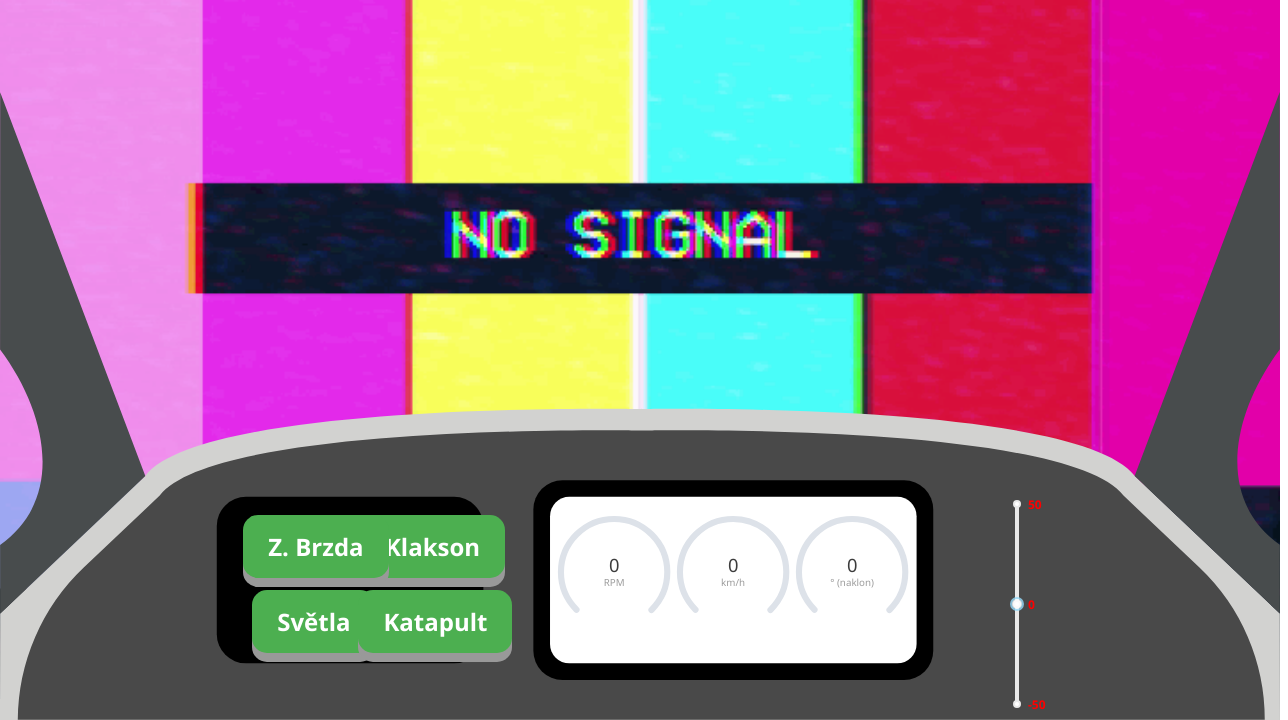
Repository: matyasvelc/train
Page: / (app in frontend/)
An editor plug-in stored every save of this project. The page is shown before and after the next save, followed by the edit.
The browser window is 1280 px wide. The page is 1288 px wide, so the pictures cover 1288 px, including what lies to the right of the window. The pictures show the whole page.
The page's requests for data from a server got no answer. The project was rebuilt for these pictures with package versions that can differ from the ones it lists, and the page was loaded fresh each time. No one was signed in, and anything a server would have sent is missing.

Above is the page before, as saved 2022-04-04 21:57:23.

### frontend/src/index.js
import React, { useEffect } from 'react'
import ReactDOM from 'react-dom'
import Progress from './lib/progress'
import './styles.css'
import Slider, { Range } from 'rc-slider';
import 'rc-slider/assets/index.css';
import rickrolla from './rickroll.gif'

async function postData(url = '', data = {}) {
  // Default options are marked with *
  const response = await fetch(url, {
    method: 'POST', // *GET, POST, PUT, DELETE, etc.
    cache: 'no-cache', // *default, no-cache, reload, force-cache, only-if-cached
    headers: {
      'Content-Type': 'application/json'
    },
    redirect: 'follow', // manual, *follow, error
    referrerPolicy: 'no-referrer', // no-referrer, *no-referrer-when-downgrade, origin, origin-when-cross-origin, same-origin, strict-origin, strict-origin-when-cross-origin, unsafe-url
    body: JSON.stringify(data) // body data type must match "Content-Type" header
  });
  return response.json(); // parses JSON response into native JavaScript objects
}

const style = { float: 'left', width: 160, height: 200, marginBottom: 160, marginLeft: 50 };
const parentStyle = { overflow: 'hidden' };

const marks = {
  '-50': {
    style: {
      color: 'red',
    },
    label: <strong>-50</strong>,
  },
  0: {
    style: {
      color: 'red',
    },
    label: <strong>0</strong>,
  },
  50: {
    style: {
      color: 'red',
    },
    label: <strong>50</strong>,
  },
};

function App() {
  const [temp, setTemp] = React.useState()
  const [rpm, setRpm] = React.useState()
  const [speed, setSpeed] = React.useState()
  const [svetlo, setSvetlo] = React.useState()
  const [rychlost, setRychlost] = React.useState()

  useEffect(() => {
    const timer = setInterval(() => {
      fetch('http://127.0.0.1:5000/getSpeed')
        .then(res => {
          return res.json();
        })
        .then(data => {
          setSpeed(data.speed);
        });
    }, 1000);

    return () => clearInterval(timer);
  }, []);

  useEffect(() => {
    const timer = setInterval(() => {
      fetch('http://127.0.0.1:5000/getAngle')
        .then(res => {
          return res.json();
        })
        .then(data => {
          setTemp(data.angle);
        });
    }, 1000);

    return () => clearInterval(timer);
  }, []);

  useEffect(() => {
    const timer = setInterval(() => {
      fetch('http://127.0.0.1:5000/getRpm')
        .then(res => {
          return res.json();
        })
        .then(data => {
          setRpm(data.engine_speed);
        });
      }, 1000);

      return () => clearInterval(timer);
  }, []);

  function Svetlo() {
    console.log(svetlo);
    setSvetlo(!svetlo);
    postData('http://127.0.0.1:5000/setLightStatus', {"lights": !svetlo})
  }

  function Rychlost(value) {
    console.log(value);
    setRychlost(value);
    postData('http://127.0.0.1:5000/setSpeed', {"speed": value})
  }
  return (
    <div className="demo">
      <div className='vlak' id='vlak'>
      <Progress
        className="budik1"
        progress={rpm}
        max={500}
        subtitle="RPM"
        reduction={0.25}
        hideBall
        strokeWidth={10}
        gradient={[{stop: 0.0, color: '#f6416d'}, {stop: 1, color: '#fa6d7c'}]} />
      <Progress
      className="budik2"
        progress={speed}
        max={100}
        subtitle="km/h"
        reduction={0.25}
        hideBall
        strokeWidth={10} />
      <Progress
      className="budik3"
        progress={temp}
        min={-45}
        max={45}
        subtitle="° (naklon)"
        strokeWidth={10}
        reduction={0.25}
        hideBall
        gradient={[{stop: 0.0, color: '#f6416d'}, {stop: 1, color: '#fa6d7c'}]} />
        </div>
        <input id='svetla' class="svetla" onClick={Svetlo} checked={svetlo} type='checkbox'></input>
        <label class="button a" htmlFor='svetla'>Světla</label>
        <button class="button b" >Katapult</button>
        <button class="button c" >Klakson</button>
        <button class="button d" >Z. Brzda</button>
        <div style={parentStyle}>
          <div style={style} className="rychlost">
            <Slider vertical min={-50} max={50} step={2} marks={marks} included={false} onAfterChange={Rychlost} defaultValue={0}/>
          </div>
        </div>
        </div>
  )
}

ReactDOM.render(<App />, document.getElementById('root'))

### frontend/src/styles.css
body {
  background: none;
  font-family: 'Segoe UI', Tahoma, Geneva, Verdana, sans-serif;
  caret-color: transparent;
  user-select: none;
  overflow: hidden;
  padding: 0;
  left: 0;
  width: 100%;
  height: 100%;
}

.demo > div {
  width: 100%;
  height: 100%;
  left: 0;
  top: 0;
  display: inline-block;
}
.vlak {
  background-repeat: no-repeat;
  background-size: 100%;
  width: 100%;
  height: 100%;
  overflow: hidden;
  background-position: bottom;
  position: absolute;
  display: inline-block;
  background-image:url(./train.svg), url(./nosignal.gif);
}
.budik1{
  position: absolute;
  top: 71%;
  left: 43.2%;
  width: 9.55%;
}
.budik2{
  position: absolute;
  top: 71%;
  left: 52.5%;
  width: 9.55%;
}
.budik3{
  position: absolute;
  top: 71%;
  left: 61.8%;
  width: 9.55%;
}
.button {
  font-family: 'Segoe UI', Tahoma, Geneva, Verdana, sans-serif;
  display: inline-block;
  padding: 15px 25px;
  font-size: 24px;
  cursor: pointer;
  text-align: center;
  text-decoration: none;
  outline: none;
  color: #fff;
  background-color: #4CAF50;
  border: none;
  border-radius: 15px;
  box-shadow: 0 9px #999;
  caret-color: transparent;
  user-select: none;
  font-weight:600;
  position: absolute;
}
.button:active {
  background-color: #3e8e41;
  box-shadow: 0 5px #666;
  transform: translateY(4px);
}
.button:active ~ .vlak {
  background-image:url(./train.svg), url(./rickroll.gif), url(./nosignal.gif);
}
.a{
  position: absolute;
  top: 82%;
  left: 19.7%;
}
.b{
  position: absolute;
  top: 82%;
  left: 28%;
}
.c{
  position: absolute;
  top: 71.5%;
  left: 28.12%;
}
.d{
  position: absolute;
  top: 71.5%;
  left: 19%;
}
.svetla{
  display: none;
  caret-color: transparent;
  user-select: none;
  position: absolute;
}
.svetla:checked + .button{
  background-color: #3e8e41;
  box-shadow: 0 5px #666;
  transform: translateY(4px);
}
.rychlost{
  user-select:none;
  position: absolute;
  top: 70%;
  left: 75%;
}

### frontend/src/lib/progress.module.css
.progress {
  font-family: 'Segoe UI', Tahoma, Geneva, Verdana, sans-serif;
  width: 200px;
}

.svg {
  display: block;
  width: 100%;
}

Loaded but not shown: frontend/public/index.html (common file); frontend/src/lib/progress.js (library)

After the next save:
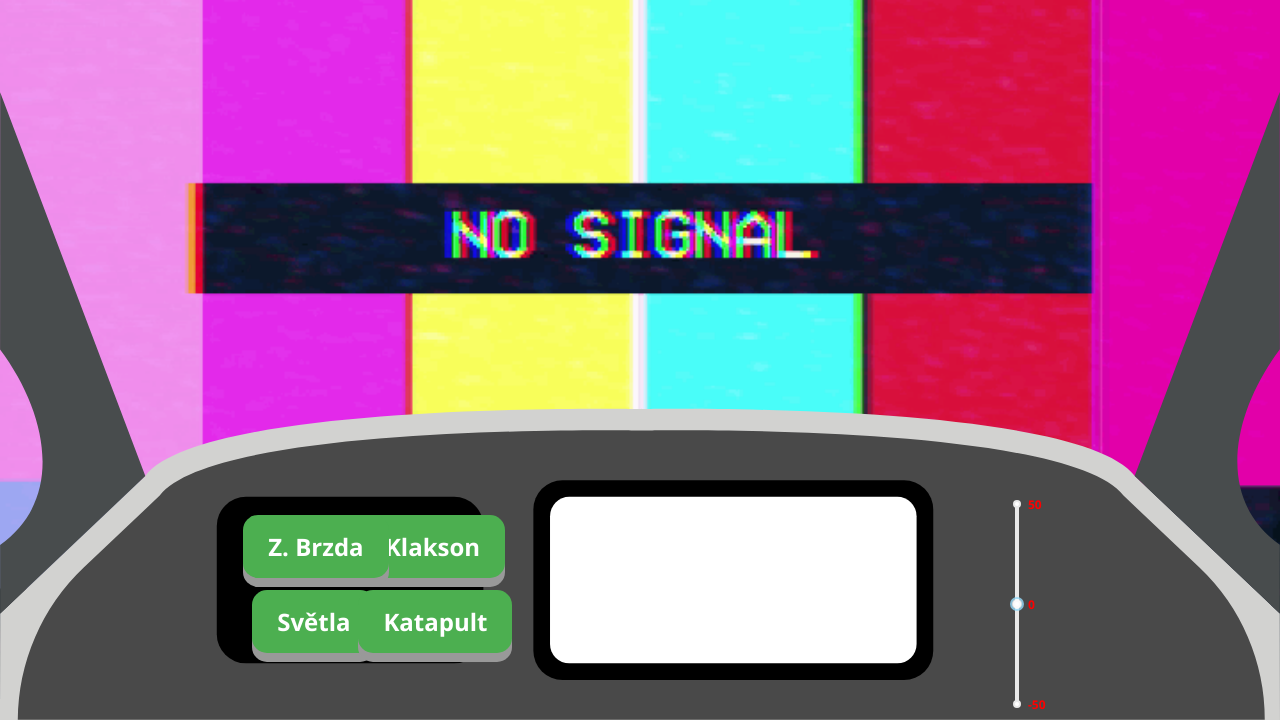
Saved 39 s later.
--- a/frontend/src/index.js
+++ b/frontend/src/index.js
@@ -107,7 +107,7 @@ function App() {
   }
   return (
     <div className="demo">
-      <div className='vlak' id='vlak'>
+      <div>
       <Progress
         className="budik1"
         progress={rpm}
@@ -135,6 +135,9 @@ function App() {
         reduction={0.25}
         hideBall
         gradient={[{stop: 0.0, color: '#f6416d'}, {stop: 1, color: '#fa6d7c'}]} />
+      </div>
+      <div className='vlak' id='vlak'>
+
         </div>
         <input id='svetla' class="svetla" onClick={Svetlo} checked={svetlo} type='checkbox'></input>
         <label class="button a" htmlFor='svetla'>Světla</label>

After the save that followed:
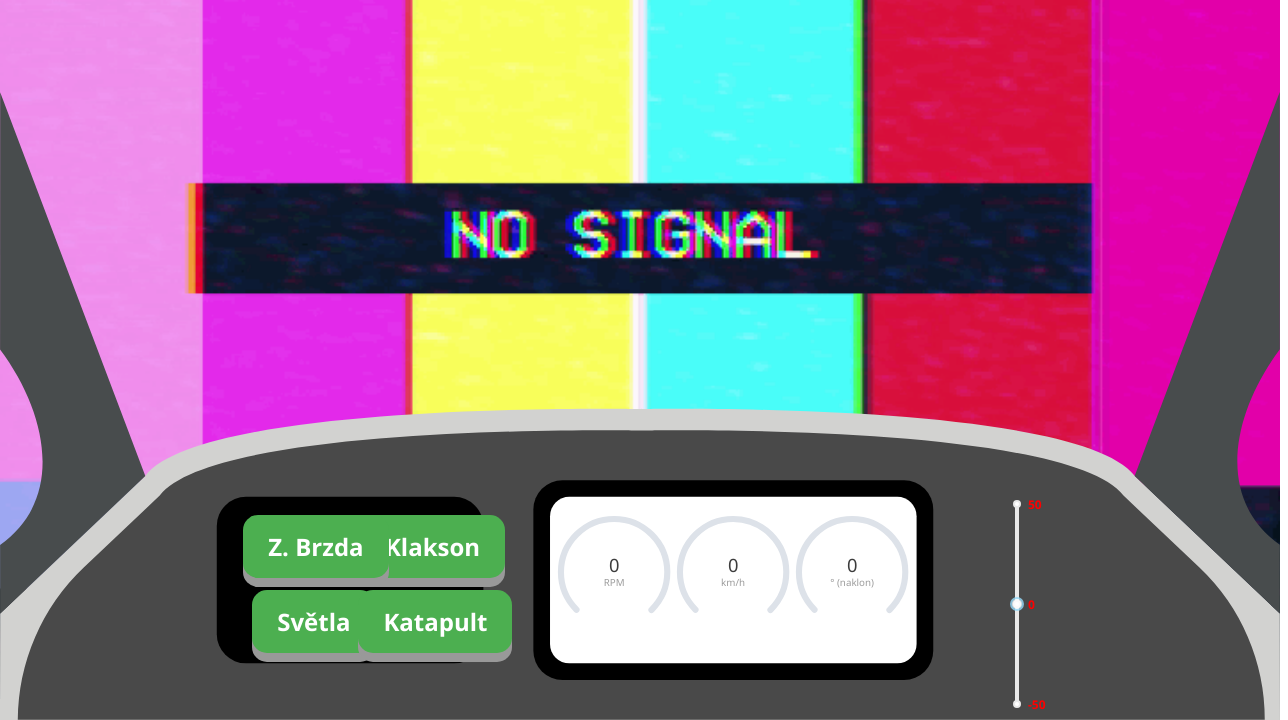
Saved 63 s later.
--- a/frontend/src/styles.css
+++ b/frontend/src/styles.css
@@ -27,6 +27,7 @@ body {
   position: absolute;
   display: inline-block;
   background-image:url(./train.svg), url(./nosignal.gif);
+  z-index: -1;
 }
 .budik1{
   position: absolute;
